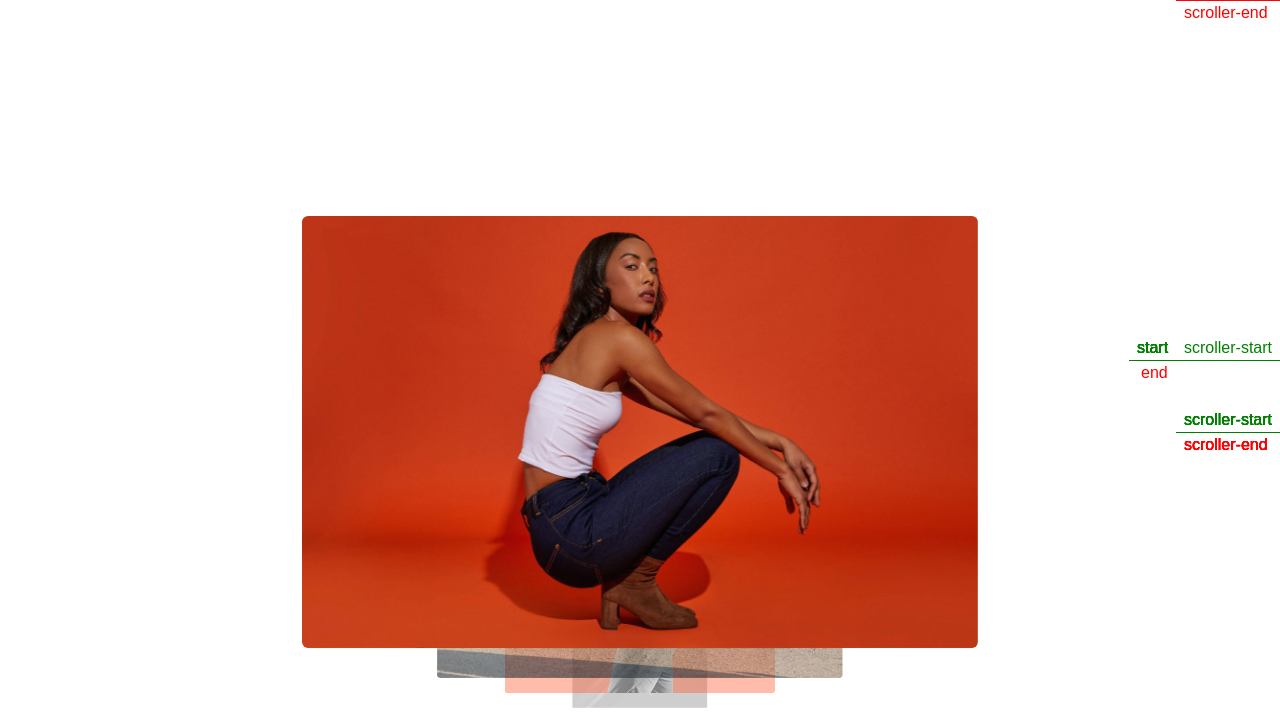
Repository: lwygold/motion
Page: layout/이미지 위로 계속 올라가는레이아웃.html
An editor plug-in stored every save of this project. The page is shown before and after the next save, followed by the edit.
The browser window is 1280 px wide. The pictures show the window.
A layer covers the whole window, so only the first screen is drawn.

Above is the page before, as saved 2023-02-21 14:27:59.

After the next save:
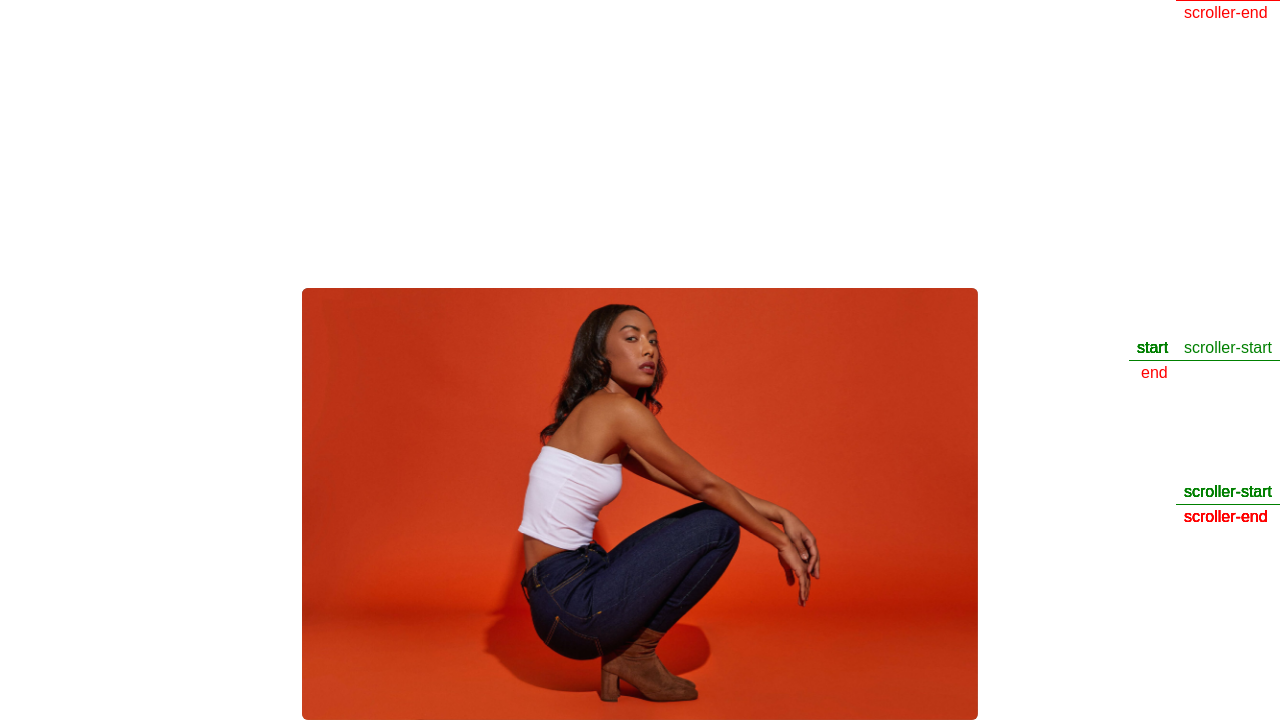
Saved 11 s later.
--- a/layout/이미지 위로 계속 올라가는레이아웃.html
+++ b/layout/이미지 위로 계속 올라가는레이아웃.html
@@ -185,7 +185,7 @@
             let tl2 = gsap.timeline({
                 scrollTrigger: {
                     trigger: 'section',
-                    start: "center 60%",
+                    start: "center 70%",
                     end: "+=400",
                     pin: true,
                     scrub: true,
@@ -196,7 +196,7 @@
             let tl3 = gsap.timeline({
                 scrollTrigger: {
                     trigger: 'section',
-                    start: "center 60%",
+                    start: "center 70%",
                     end: "+=400",
                     pin: true,
                     scrub: true,
@@ -207,7 +207,7 @@
             let tl4 = gsap.timeline({
                 scrollTrigger: {
                     trigger: 'section',
-                    start: "center 60%",
+                    start: "center 70%",
                     end: "+=400",
                     pin: true,
                     scrub: true,
@@ -218,7 +218,7 @@
             let tl5 = gsap.timeline({
                 scrollTrigger: {
                     trigger: 'section',
-                    start: "center 60%",
+                    start: "center 70%",
                     end: "+=400",
                     pin: true,
                     scrub: true,
@@ -229,7 +229,7 @@
             let tl6 = gsap.timeline({
                 scrollTrigger: {
                     trigger: 'section',
-                    start: "center 60%",
+                    start: "center 70%",
                     end: "+=400",
                     pin: true,
                     scrub: true,
